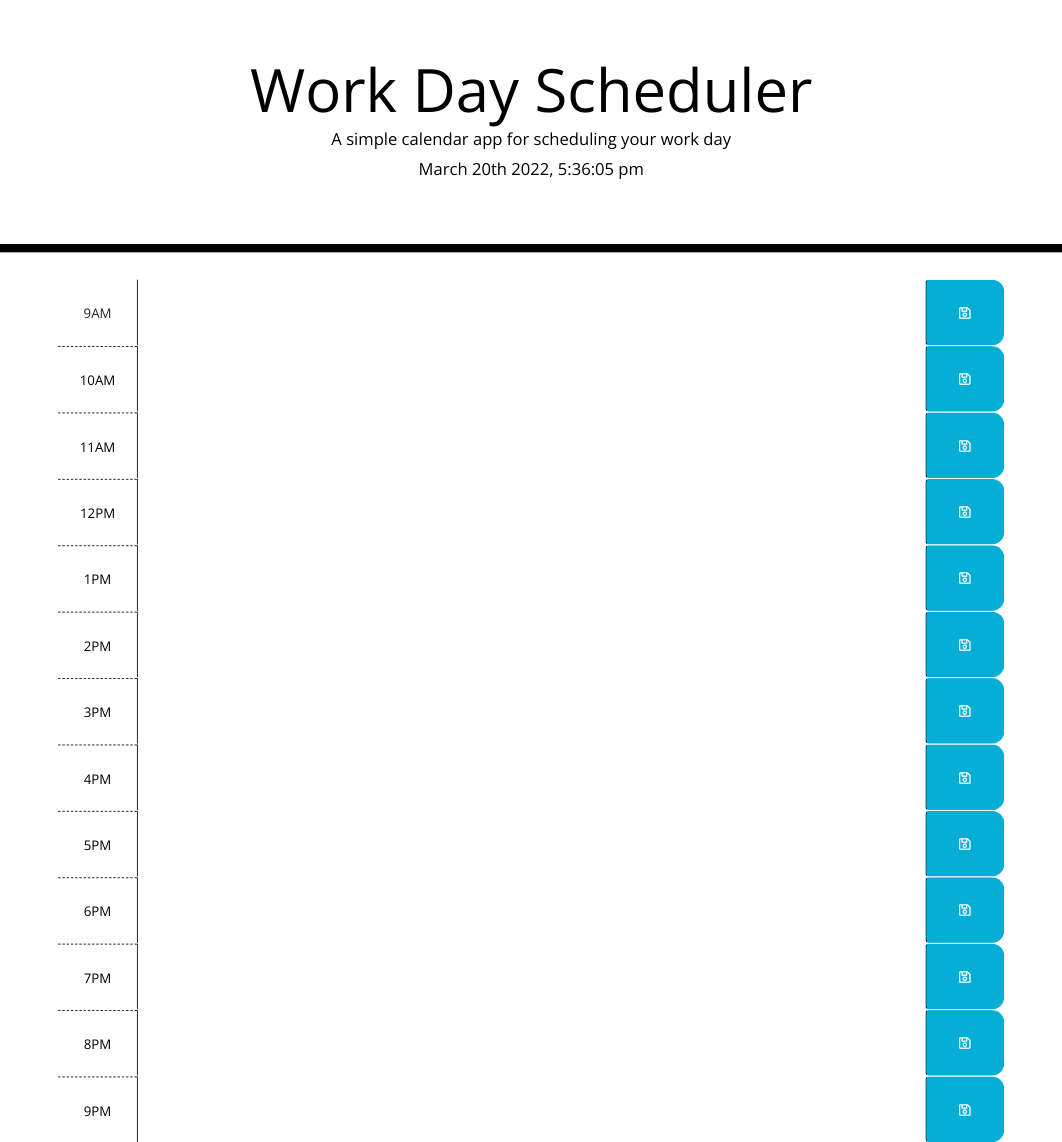
Repository: cobalt88/work-day-scheduler
Page: index.html
These files come from the project's save history. The page is drawn as it stood at one moment and after the next save; the edit follows.
The browser window is 1280 px wide. The pictures show the whole page, at 83% of full size.
Some web libraries are served in a nearby version.

Above is the page before, as saved 2022-03-26 23:17:32.

### index.html
<!DOCTYPE html>
<html lang="en">
  <head>
    <meta charset="UTF-8" />
    <meta name="viewport" content="width=device-width, initial-scale=1.0" />
    <meta http-equiv="X-UA-Compatible" content="ie=edge" />
    <link
      rel="stylesheet"
      href="https://stackpath.bootstrapcdn.com/bootstrap/4.3.1/css/bootstrap.min.css"
    />
    <link
      rel="stylesheet"
      href="https://use.fontawesome.com/releases/v5.8.1/css/all.css"
      integrity="sha384-50oBUHEmvpQ+1lW4y57PTFmhCaXp0ML5d60M1M7uH2+nqUivzIebhndOJK28anvf"
      crossorigin="anonymous"
    />
    <link
      href="https://fonts.googleapis.com/css?family=Open+Sans&display=swap"
      rel="stylesheet"
    />
    <link rel="stylesheet" href="./assets/style.css" />
    <title>Work Day Scheduler</title>
  </head>

  <body>
    <header class="jumbotron">
      <h1 class="display-3">Work Day Scheduler</h1>
      <p class="lead">A simple calendar app for scheduling your work day</p>
      <p id="currentDay" class="lead"></p>
    </header>
    <div class="container">
      <!-- Timeblocks go here -->

      <div class="row time-block" id="9">
        <div class="col-xl-1  col-md-1 col- hour2">
          9AM
        </div>
        <textarea class="description col-xl-10 col-md-10 col-8 " id="hr9"></textarea>
        <button class="btn saveBtn col-xl-1 col-md-1 col-2 far fa-save"></button>
      </div>

      <div class="row time-block" id="10">
        <div class="col-xl-1 col-md-1 col-2 hour">
          10AM
        </div>
        <textarea class="description col-xl-10 col-md-10 col-8 " id="hr10"></textarea>
        <button class="btn saveBtn col-xl-1 col-md-1 col-2 far fa-save"></button>
      </div>

      <div class="row time-block" id="11">
        <div class="col-xl-1 col-md-1 col-2 hour">
          11AM
        </div>
        <textarea class="description col-xl-10 col-md-10 col-8 " id="hr11"></textarea>
        <button class="btn saveBtn col-xl-1 col-md-1 col-2 far fa-save"></button>
      </div>

      <div class="row time-block" id="12">
        <div class="col-xl-1 col-md-1 col-2 hour">
          12PM
        </div>
        <textarea class="description col-xl-10 col-md-10 col-8 " id="hr12"></textarea>
        <button class="btn saveBtn col-xl-1 col-md-1 col-2 far fa-save"></button>
      </div>

      <div class="row time-block" id="13">
        <div class="col-xl-1 col-md-1 col-2 hour">
          1PM
        </div>
        <textarea class="description col-xl-10 col-md-10 col-8 " id="hr13"></textarea>
        <button class="btn saveBtn col-xl-1 col-md-1 col-2 far fa-save"></button>
      </div>

      <div class="row time-block" id="14">
        <div class="col-xl-1 col-md-1 col-2 hour">
          2PM
        </div>
        <textarea class="description col-xl-10 col-md-10 col-8 " id="hr14"></textarea>
        <button class="btn saveBtn col-xl-1 col-md-1 col-2 far fa-save"></button>
      </div>

      <div class="row time-block" id="15">
        <div class="col-xl-1 col-md-1 col-2 hour">
          3PM
        </div>
        <textarea class="description col-xl-10 col-md-10 col-8 " id="hr15"></textarea>
        <button class="btn saveBtn col-xl-1 col-md-1 col-2 far fa-save"></button>
      </div>

      <div class="row time-block" id="16">
        <div class="col-xl-1 col-md-1 col-2 hour">
          4PM
        </div>
        <textarea class="description col-xl-10 col-md-10 col-8 " id="hr16"></textarea>
        <button class="btn saveBtn col-xl-1 col-md-1 col-2 far fa-save"></button>
      </div>

      <div class="row time-block" id="17">
        <div class="col-xl-1 col-md-1 col-2 hour">
          5PM
        </div>
        <textarea class="description col-xl-10 col-md-10 col-8 " id="hr17"></textarea>
        <button class="btn saveBtn col-xl-1 col-md-1 col-2 far fa-save"></button>
      </div>

      <div class="row time-block" id="18">
        <div class="col-xl-1 col-md-1 col-2 hour">
          6PM
        </div>
        <textarea class="description col-xl-10 col-md-10 col-8 " id="hr18"></textarea>
        <button class="btn saveBtn col-xl-1 col-md-1 col-2 far fa-save"></button>
      </div>

      <div class="row time-block" id="19">
        <div class="col-xl-1 col-md-1 col-2 hour">
          7PM
        </div>
        <textarea class="description col-xl-10 col-md-10 col-8 " id="hr19"></textarea>
        <button class="btn saveBtn col-xl-1 col-md-1 col-2 far fa-save"></button>
      </div>

      <div class="row time-block" id="20">
        <div class="col-xl-1 col-md-1 col-2 hour">
          8PM
        </div>
        <textarea class="description col-xl-10 col-md-10 col-8 " id="hr20"></textarea>
        <button class="btn saveBtn col-xl-1 col-md-1 col-2 far fa-save"></button>
      </div>

      <div class="row time-block" id="21">
        <div class="col-xl-1 col-md-1 col-2 hour">
          9PM
        </div>
        <textarea class="description col-xl-10 col-md-10 col-8 " id="hr21"></textarea>
        <button class="btn saveBtn col-xl-1 col-md-1 col-2 far fa-save"></button>
      </div>


    </div>

    <script src="https://code.jquery.com/jquery-3.4.1.min.js"></script>
    <script src="https://cdnjs.cloudflare.com/ajax/libs/moment.js/2.24.0/moment.min.js"></script>
    <script src="./assets/logic.js"></script>
  </body>
</html>

### assets/style.css
body {
  font-family: 'Open Sans', sans-serif;
  font-size: 16px;
  line-height: 1;
}

textarea{
  background: transparent;
  border: none;
  resize: none;
  color: #000000;
  border-left: 1px solid black;
  padding: 10px;
}

.jumbotron {
  text-align: center;
  background-color: transparent;
  color: black;
  border-radius: 0;
  border-bottom: 10px solid black;
}

.description{
  white-space: pre-wrap;
}

.time-block{
  text-align: center;
  border-radius: 15px;
}

.row {
  white-space: pre-wrap;
  height: 80px;
  border-top: 1px solid white;;
}

.hour {
  background-color: #ffffff;
  color: #000000;
  border-top: 1px dashed #000000;
}

.past {
  background-color: #d3d3d3;
  color: white;
}

.present {
  background-color: #ff6961;
  color: white;
}

.future {
  background-color: #77dd77;
  color: white;
}

.saveBtn {
  border-left: 1px solid black;
  border-top-right-radius: 15px;
  border-bottom-right-radius: 15px;
  background-color: #06AED5;
  color: white;
}

.saveBtn i:hover {
  font-size: 20px;
  transition: all .3s ease-in-out;
}

### assets/logic.js
// displays date and time a the top of the page.
function updateTime(){
var currentDate = moment().format('MMMM Do YYYY, h:mm:ss a');
$("#currentDay").html(currentDate);
}
//refreshes the date/time every 1000ms
setInterval(function() {
  updateTime();
}, 1000);

const timeBlocks = Array.from(document.getElementsByClassName('time-block'));

var currentTime = moment().format('HH');



$('.description').each(function() {
  var text = $(this).siblings(".hour");

console.log(text)

})
// assigns the past present and future classes to the text content areas based on what time it is.
// for (let i = 0; i < timeBlocks.length; i++) {

//   var timeBlockId = parseInt(timeBlocks[i].id);
//   var time = parseInt(currentTime);

//   if (timeBlockId < time) {
//     timeBlocks[i].children[1].className += 'past';
//   }
//   if (timeBlockId > time) {
//     timeBlocks[i].children[1].className += 'future';
//   }
//   if (timeBlockId === time) {
//     timeBlocks[i].children[1].className += 'present';
//   }
// }
// // load saved content
for (var i = 9; i < 21; i++) {

  var savedContent = localStorage.getItem(i);
  var textAreaEl = document.querySelector(`#hr${i}`);
  textAreaEl.textContent = savedContent;
}
//save content that is input into text area boxes
$(".saveBtn").on("click", function () {
  var text = $(this).siblings(".description").val();
  var timeSlot = $(this).parent().attr("id");
  localStorage.setItem(timeSlot, text);
});

updateTime();

After the next save:
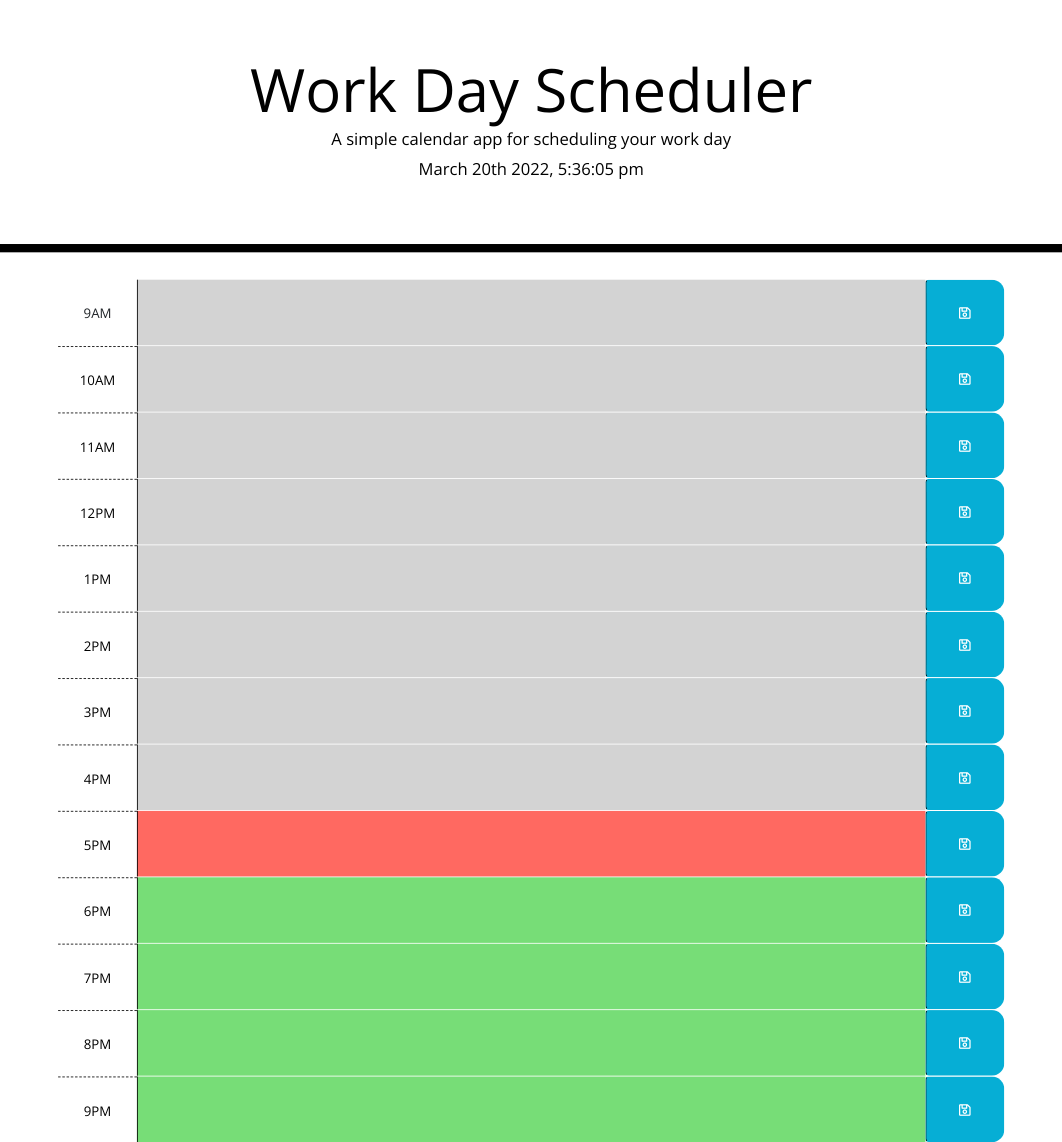
Saved 5 min 35 s later.
--- a/assets/logic.js
+++ b/assets/logic.js
@@ -14,29 +14,28 @@ var currentTime = moment().format('HH');
 
 
 
-$('.description').each(function() {
-  var text = $(this).siblings(".hour");
+// $('.description').each(function() {
+//   var text = $(this).siblings(".hour");
 
-console.log(text)
+// console.log(text)
 
-})
 // assigns the past present and future classes to the text content areas based on what time it is.
-// for (let i = 0; i < timeBlocks.length; i++) {
+for (let i = 0; i < timeBlocks.length; i++) {
 
-//   var timeBlockId = parseInt(timeBlocks[i].id);
-//   var time = parseInt(currentTime);
+  var timeBlockId = parseInt(timeBlocks[i].id);
+  var time = parseInt(currentTime);
 
-//   if (timeBlockId < time) {
-//     timeBlocks[i].children[1].className += 'past';
-//   }
-//   if (timeBlockId > time) {
-//     timeBlocks[i].children[1].className += 'future';
-//   }
-//   if (timeBlockId === time) {
-//     timeBlocks[i].children[1].className += 'present';
-//   }
-// }
-// // load saved content
+  if (timeBlockId < time) {
+    timeBlocks[i].children[1].className += 'past';
+  }
+  if (timeBlockId > time) {
+    timeBlocks[i].children[1].className += 'future';
+  }
+  if (timeBlockId === time) {
+    timeBlocks[i].children[1].className += 'present';
+  }
+}
+// load saved content
 for (var i = 9; i < 21; i++) {
 
   var savedContent = localStorage.getItem(i);
